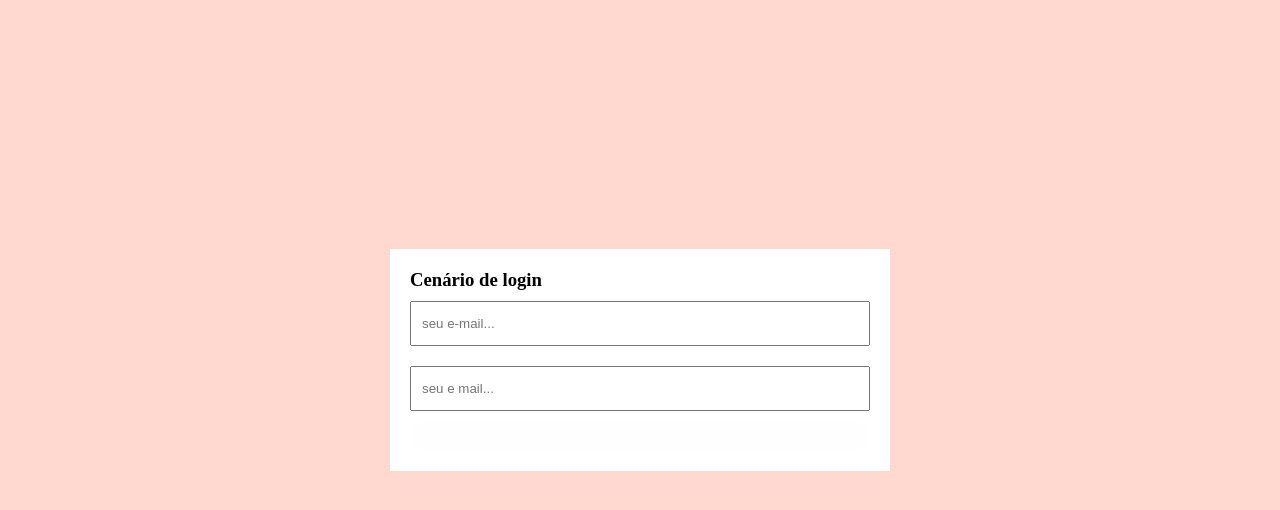
Repository: josceno/Sistema-para-controle-de-experimenta-o-animal
Page: index.html
These files come from the project's save history. The page is drawn as it stood at one moment and after the next save; the edit follows.
The browser window is 1280 px wide. The pictures show the whole page.

Above is the page before, as saved 2021-09-13 15:55:22.

After the next save:
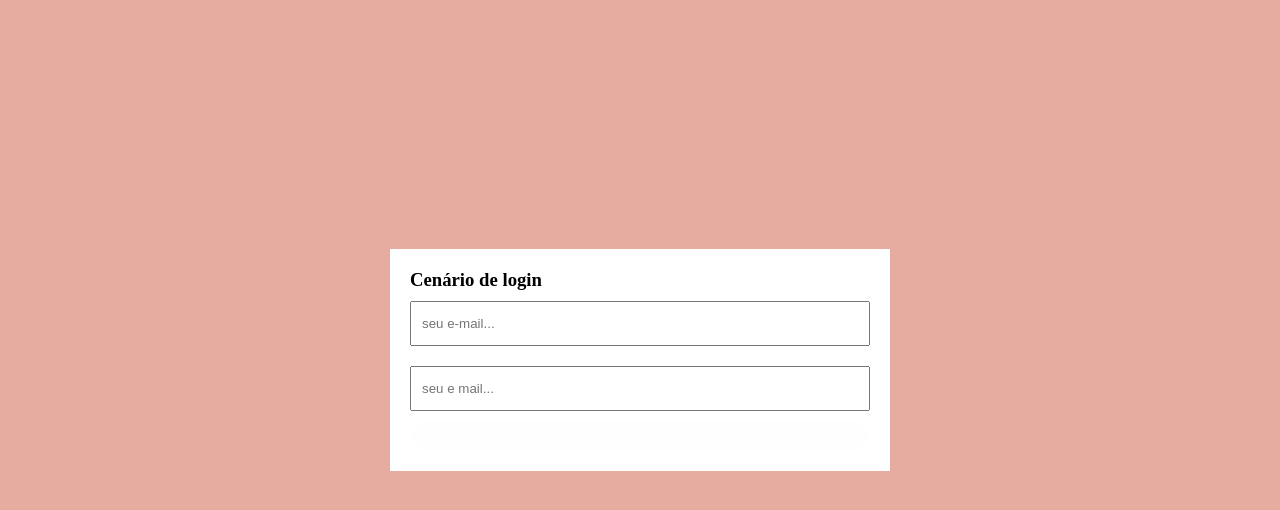
Saved 25 s later.
--- a/index.html
+++ b/index.html
@@ -7,7 +7,7 @@
         *{margin:0; padding:0;box-sizing: border-box;}
         body
         {
-            background-color: #ff2f002f;
+            background-color: #c53f216e;
         }
         form
         {
